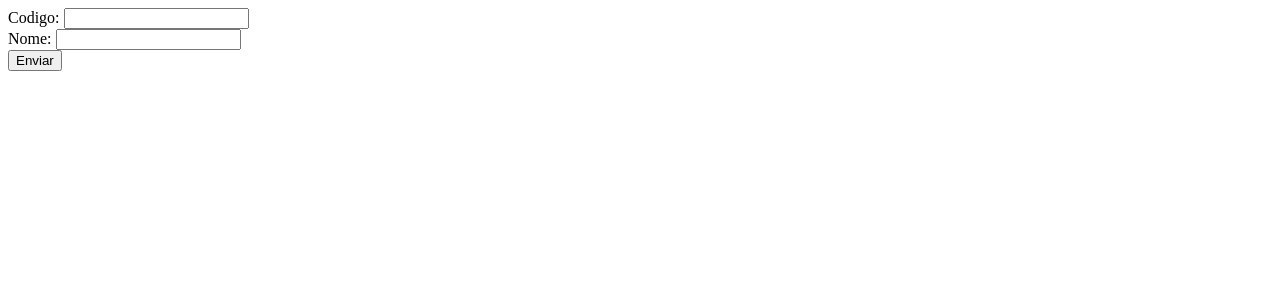
Repository: kayque-willy/COM212-crowdfunding
Page: http://localhost/database/application/views/view_teste.php
The author's editor kept a record of every edit. The page is drawn from the files as they stood at one moment, then again after the next edit.
The browser window is 1280 px wide. The pictures show the whole page.
The page is run by PHP 8.4 with error messages shown; the project is at /var/www/html/.

Above is the page before.

### application/views/view_teste.php

<html>
    <head>
    </head>
    <body>
        <form action="/teste/metodoForm/" method="POST">
            Codigo: <input type="number" name="codigo"/><br>
            Nome: <input type="text" name="nome"/><br>
            <button type="submit" value="Submit">Enviar</button>
        </form>
    </body>
</html>

After the next edit:
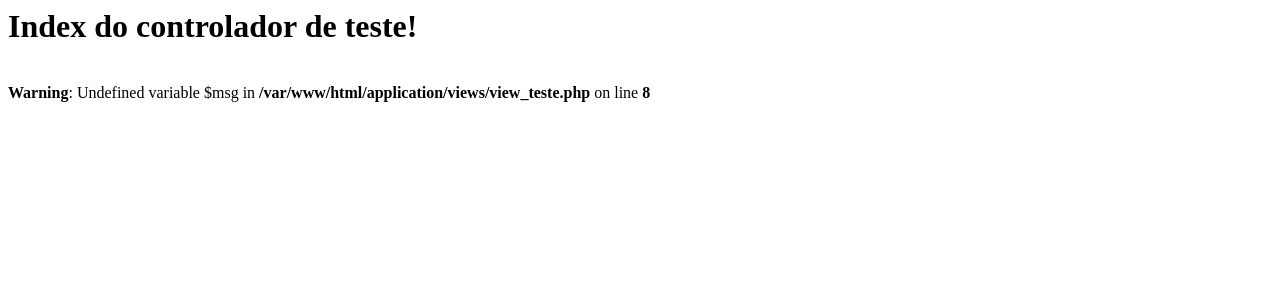
The edit:
--- a/application/views/view_teste.php
+++ b/application/views/view_teste.php
@@ -3,10 +3,9 @@
     <head>
     </head>
     <body>
-        <form action="/teste/metodoForm/" method="POST">
-            Codigo: <input type="number" name="codigo"/><br>
-            Nome: <input type="text" name="nome"/><br>
-            <button type="submit" value="Submit">Enviar</button>
-        </form>
+       <h1>Index do controlador de teste!</h1>
+       <?php
+        echo $msg;
+       ?>
     </body>
 </html>
